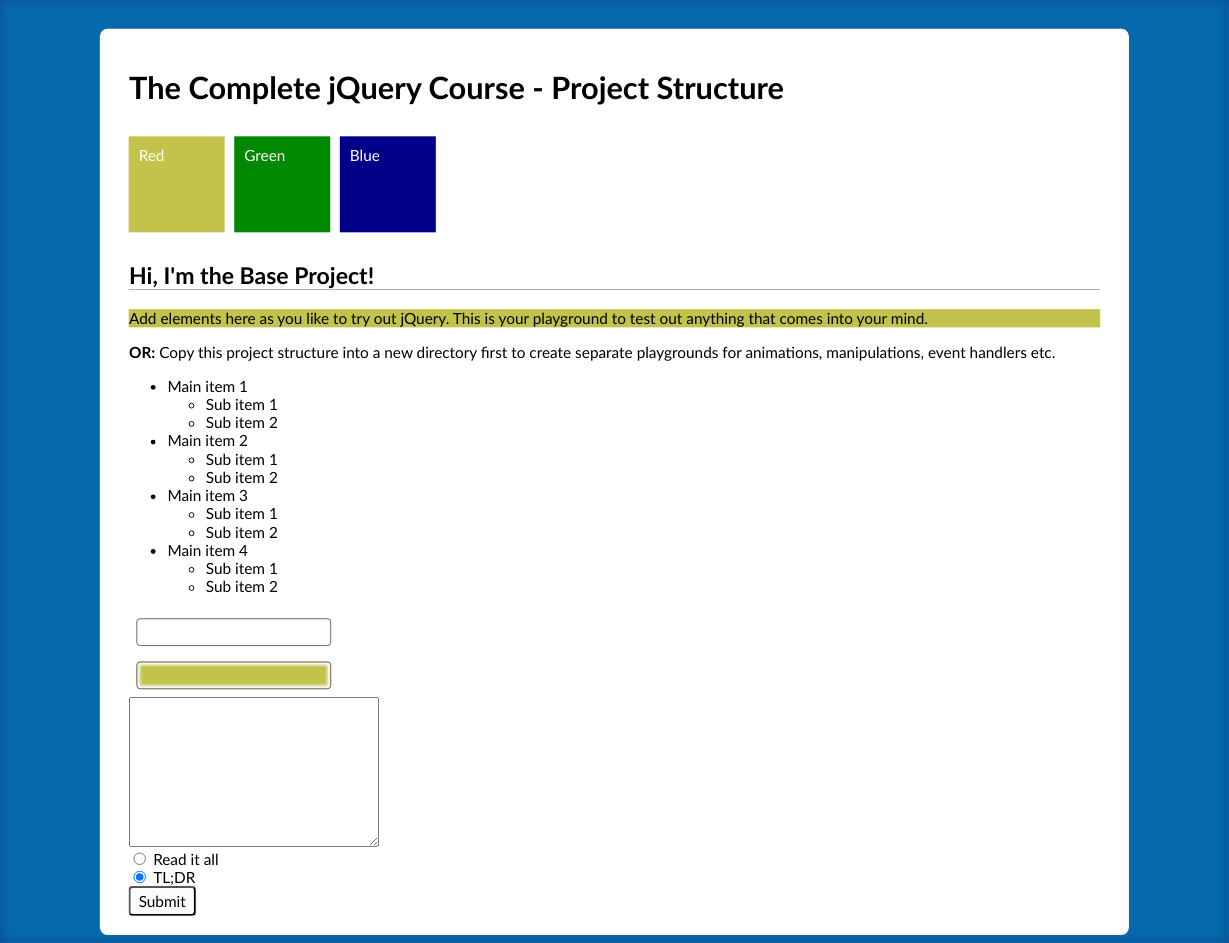
Repository: vpriyankaprabhu/Jquery-examples
Page: 03/traversals/index.html
An editor plug-in stored every save of this project. The page is shown before and after the next save, followed by the edit.
The browser window is 1280 px wide. The pictures show the whole page, at 96% of full size.

Above is the page before, as saved 2024-12-29 18:25:56.

### 03/traversals/index.html
<!DOCTYPE html>
<html lang="en">
<head>
  <meta charset="UTF-8">
  <script src="https://code.jquery.com/jquery-1.12.3.min.js" integrity="sha256-aaODHAgvwQW1bFOGXMeX+pC4PZIPsvn2h1sArYOhgXQ=" crossorigin="anonymous"></script>
  <script src="js/script.js"></script>
  <link rel="stylesheet" href="css/style.css">
  <title>The Complete jQuery Course - Project Structure</title>
</head>
<body>
  <div id="content">
    <h1>The Complete jQuery Course - Project Structure</h1>

    <div class="red-box">Red</div>
    <div class="green-box">Green</div>
    <div class="blue-box">Blue</div>
    <div class="clear"></div>

    <h2>Hi, I'm the Base Project!</h2>
    <p>Add elements here as you like to try out jQuery. This is your playground to test out anything that comes into your mind.</p>
    <p><strong>OR:</strong> Copy this project structure into a new directory first to create separate playgrounds for animations, manipulations, event handlers etc.</p>
    <!-- An unordered list with ID "list" -->
    <ul id="list">
      <li>Main item 1
        <ul>
          <li>Sub item 1</li>
          <li>Sub item 2</li>
        </ul></li>
      <li>Main item 2
        <ul>
          <li>Sub item 1</li>
          <li>Sub item 2</li>
        </ul></li>
      <li>Main item 3
        <ul>
          <li>Sub item 1</li>
          <li>Sub item 2</li>
        </ul></li>
      <li>Main item 4
        <ul>
          <li>Sub item 1</li>
          <li>Sub item 2</li>
        </ul></li>
    </ul>

    <!-- A form element without class or ID  -->
    <form action="">
      <input type="text"><br>
      <input type="email"><br>
      <textarea name="message" id="message" cols="30" rows="10"></textarea><br>
      <input type="radio" name="toc" value="read" id="read"> <label for="read">Read it all</label> <br>
      <input type="radio" name="toc" value="tldr" checked> <label for="tldr">TL;DR</label> <br>
      <input type="submit" value="Submit">
    </form>
  </div>
</body>
</html>

### 03/traversals/js/script.js
$(function () {

  // NOTE: Some of the selectors below overlap. To see the exact effect of one
  // of them, please comment out all others.

  // Select the #list and find all <li> tags it contains
  // This contains even indirect children further down in the hierarchy
  // var items = $("#list").find("li");
  // highlight(items);

  // Select the #list and find only <li> that are *direct* children
  // Note that this will still produce a yellow background around the whole list
  // because the direct children <li> have enough height to contain their children
  // var children = $("#list").children("li");
  // highlight(children);

  // Search for even non-direct parents
  // var body = $("#list").parents("body");
  // highlight(body);

  // Select the (unique) direct parent of an element
  // var content = $("#list").parent();
  // // highlight(content);

  // Search through siblings on the same level in the HTML hierarchy
  // var siblingHeadlines = $("#list").siblings(":header");
  // highlight(siblingHeadlines);

  // Select the previous sibling of a selected element
  // var previous = $("#list").prev();
  // highlight(previous);

  // Select the next sibling of a selected element
  // var next = $("#list").next();
  // highlight(next);

  var headerNextElements = $(":header").next();
  highlight(headerNextElements);

  var headerNextElements = $("input[type=email]");
  highlight(headerNextElements);

});

// Helper function which highlights the given element with yellow background
function highlight(element) {
  element.css("background-color", "rgba(180, 180, 30, 0.8)");
}

### 03/traversals/css/style.css
.lightbox {
  position: absolute;
  top: 0;
  left: 0;
  display: none;
  width: 30%;
  height: 60%;
  padding: 15% 35% 25% 35%;
  color: #000000;
  background-color: rgba(200, 100, 0, 0.9);
  text-align: center;
  text-shadow: #333 0 1px 0; }

.red-box {
  float: left;
  width: 80px;
  height: 80px;
  margin: 10px 10px 10px 0;
  padding: 10px;
  color: #ffffff;
  background-color: #880000; }

.green-box {
  float: left;
  width: 80px;
  height: 80px;
  margin: 10px 10px 10px 0;
  padding: 10px;
  color: #ffffff;
  background-color: #008800; }

.blue-box {
  float: left;
  width: 80px;
  height: 80px;
  margin: 10px 10px 10px 0;
  padding: 10px;
  color: #ffffff;
  background-color: #000088; }

.large {
  font-size: 125%;
}

.emphasize {
  color: #666;
  font-style: italic;
}

fieldset {
  border-radius: 4px;
  -moz-border-radius: 4px;
  -webkit-border-radius: 4px; }

label {
  display: inline-block;
  min-width: 100px; }

input[type="text"], input[type="email"], input[type="password"], input[type="tel"] {
  margin: 8px;
  padding: 6px 12px;
  outline: none;
  border: 1px solid #666;
  border-radius: 4px;
  box-shadow: inset 0 0 3px 3px #fafafa; }

input[type="submit"] {
  font-family: "Trebuchet MS", Verdana, Arial, sans-serif;
  font-size: 16px;
  padding: 4px 8px;
  background-color: #fcfcfc;
  box-shadow: 0 0 1px 0 #aaa;
  -webkit-border-radius: 4px;
  -moz-border-radius: 4px;
  border-radius: 4px; }
  input[type="submit"]:hover {
    background-color: #f4f4f4;
    box-shadow: 0 0 1px 0 #ccc; }

html {
  min-height: 100%;
  background-color: #0769ad;
  box-shadow: 0 0 8px 4px #06599d inset; }

body {
  font-size: 16px;
  font-family: "Trebuchet MS", Verdana, Arial, sans-serif; }

.clear {
  clear: both; }

#content {
  overflow: auto;
  width: 80%;
  background-color: #fff;
  margin: 30px auto 0 auto;
  padding: 20px 30px;
  border-radius: 8px;
  -moz-border-radius: 8px;
  -webkit-border-radius: 8px; }

h1 {
  color: #000; }

h2 {
  border-bottom: 1px solid #aaa; }

#dashboard {
  position: absolute;
  width: 120px;
  height: 60%;
  left: -140px;
  top: 100px;
  padding: 20px;
  border-radius: 0 6px 6px 0;
  box-shadow: 0 0 3px 3px #f0f0f0;
  background-color: #999; }

.fancy-link {
  display: inline-block;
  text-decoration: none;
  color: #111199; }

.fancy-link:after {
  display: block;
  content: '';
  border-bottom: solid 1px #22a;
  transform: scaleX(0.0001);
  transition: transform 250ms ease-in-out; }

.fancy-link:hover:after {
  transform: scaleX(1); }

/*# sourceMappingURL=style.css.map */

After the next save:
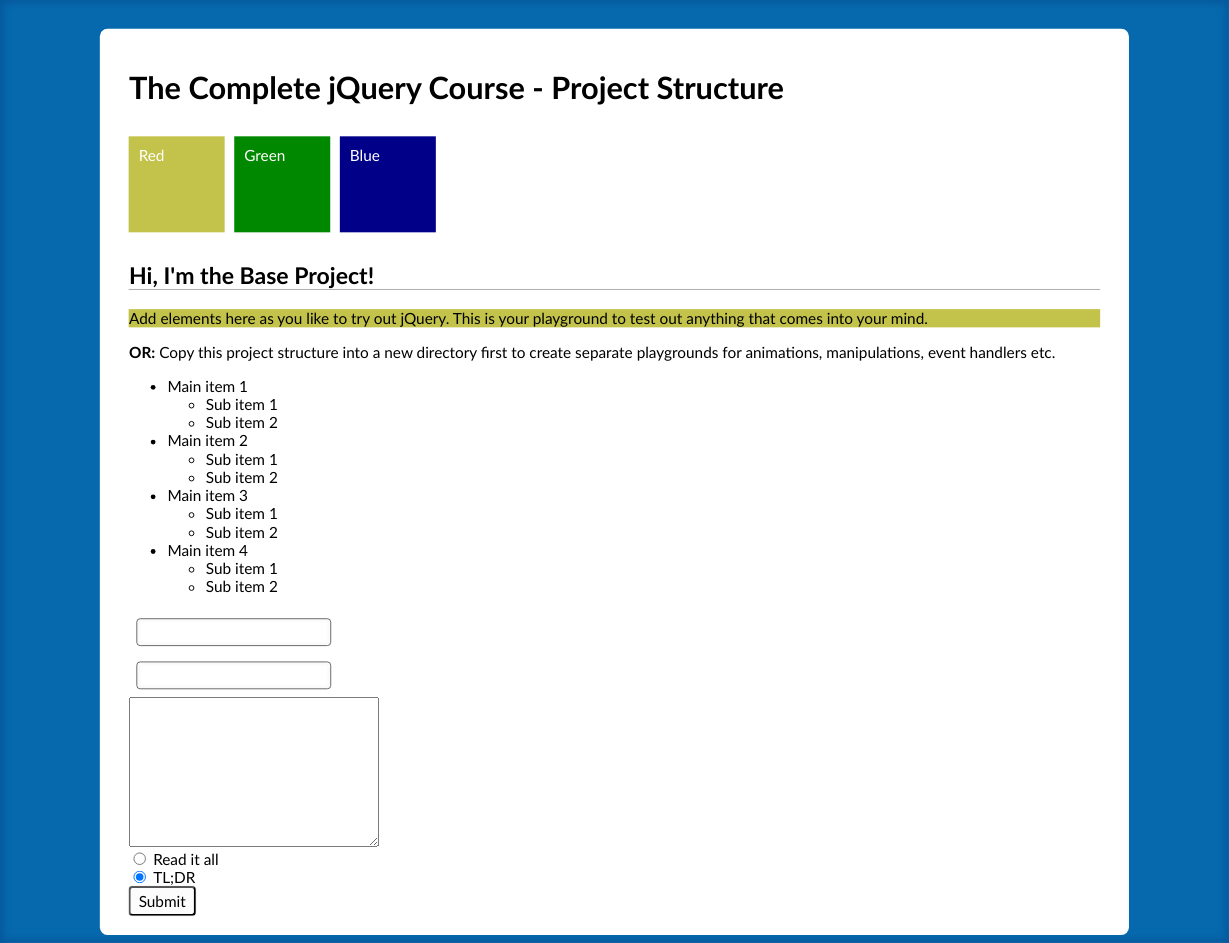
Saved 8 s later.
--- a/03/traversals/js/script.js
+++ b/03/traversals/js/script.js
@@ -37,7 +37,7 @@
   var headerNextElements = $(":header").next();
   highlight(headerNextElements);
 
-  var headerNextElements = $("input[type=email]");
+  var headerNextElements = $("input[type=password]");
   highlight(headerNextElements);
 
 });
